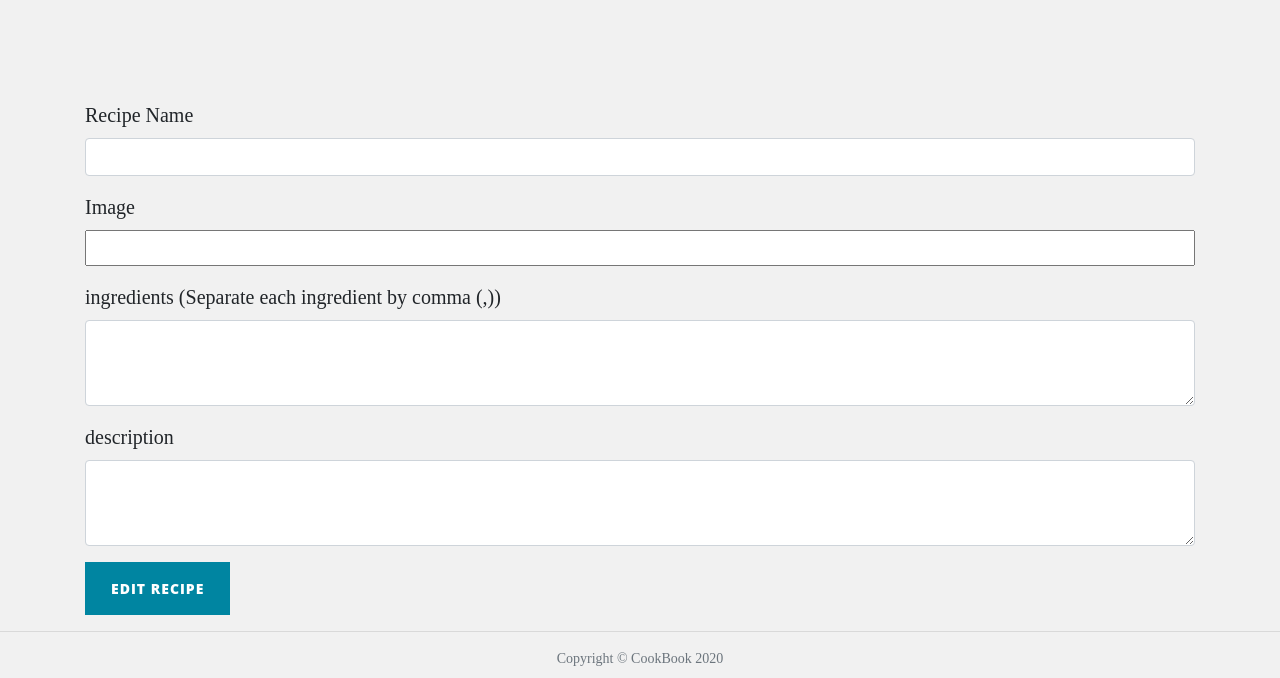
Repository: EricGaona/PracticalPythonDataCentricMilestoneProject
Page: templates/edit_recipe.html
The author's editor kept a record of every edit. The page is drawn from the files as they stood at one moment, then again after the next edit.
The browser window is 1280 px wide. The pictures show the part of the page from y = 628 to 1344 px (the page is 1306 px tall before and 1344 px after).
The page is served by the project's application, run on Flask 3 (app.py). Other server files are loaded and not shown. The template is opened directly, without the code that normally fills it, so the values that code supplies are empty.

Above is the page before.

### templates/edit_recipe.html
{% extends 'base.html' %}
{% block content%}
<h2>{{ page_title }}</h2>
<div class="row featurette">


    <form action="{{ url_for('update_recipe', recipe_id=recipe._id) }}" method="POST" class="col-lg-12 col-md-12 mx-auto">


       <div class="form-check">
         <br>
        {% for cat in categories %}
          {% if cat.category_name == recipe.category_name %}
        <input class="form-check-input" type="radio" name="category_name" id="category" value="{{cat.category_name}}" checked>

        <label class="form-check-label" for="exampleRadios1">
             {{cat.category_name}}
        </label><br>
          {% else %}
             <input class="form-check-input" type="radio" name="category_name" id="category" value="{{cat.category_name}}" >

        <label class="form-check-label" for="exampleRadios1">
             {{cat.category_name}}
          </label><br>
          {% endif %}
        {% endfor %}
     </div>
  <div class="form-group">
    <label for="name">Recipe Name</label>

     {% if errorName %}
      <input type="text" class="form-control" id="name" name="name" required>
      <span class="error_conf">{{ errorName }}</span>

      {% else %}
      <input type="text" class="form-control" id="name" name="name" value="{{recipe.name}}" required>

      {% endif %}
  </div>

  <div class="form-group">
    <label for="image">Image</label>
    <input type="url" class="form-control-file" id="image" name="image" value="{{recipe.image}}" required>
  </div>

  <div class="form-group">
    <label for="ingredient">ingredients (Separate each ingredient by comma (,))</label>
    {% if errorIngredient %}
    <textarea class="form-control" id="ingredient" name="ingredient" rows="3" required></textarea>
    <span class="error_conf">{{ errorIngredient }}</span>
     {% else %}
      <textarea class="form-control" id="ingredient" name="ingredient" rows="3" value="{{recipe.ingredient}}" required>{{recipe.ingredient}}</textarea>

      {% endif %}
  </div>

  <div class="form-group">
    <label for="description">description</label>
     {% if errorDescription %}
    <textarea class="form-control" id="description" name="description" rows="3" required></textarea>
     <span class="error_conf">{{ errorDescription }}</span>

      {% else %}
      <textarea class="form-control" id="description" name="description" rows="3" value="{{recipe.description}}" required>{{recipe.description}}</textarea>
      {% endif %}
  </div>

  <button type="submit" class="btn btn-primary" >Edit Recipe</button>
</form>

</div>
{% endblock %}

### templates/base.html
<!DOCTYPE html>
<html lang="en">
<head>
    <meta charset="UTF-8">
    <meta name="viewport" content="width=device-width, initial-scale=1.0">
    <meta http-equiv="X-UA-Compatible" content="ie=edge">
    <link href="{{ url_for('static', filename='vendor/bootstrap/css/bootstrap.min.css') }}" rel="stylesheet">
    <link rel="stylesheet" href="{{ url_for('static', filename='css/clean-blog.min.css') }}" type="text/css" />
    <!--<link rel="stylesheet" href="https://cdnjs.cloudflare.com/ajax/libs/materialize/0.100.2/css/materialize.min.css">-->
    <link rel="stylesheet" href="{{ url_for('static', filename='css/style.css') }}" type="text/css" />
     <!--EL LINK DE ABAJO ES PARA EL BOTON DE CONFIRMACON-->
   <!-- <link rel="stylesheet" href="https://stackpath.bootstrapcdn.com/bootstrap/4.1.3/css/bootstrap.min.css" integrity="sha384-MCw98/SFnGE8fJT3GXwEOngsV7Zt27NXFoaoApmYm81iuXoPkFOJwJ8ERdknLPMO" crossorigin="anonymous">-->
   <!--TODO ESTO ES PARA EL BOTON DE CONFIRMACION-->
    <title>BookCook_Base</title>
</head>
<body>

     <!-- Navigation -->
    <nav class="navbar navbar-expand-lg navbar-light fixed-top" id="mainNav">
        <div class="container">
            <a class="navbar-brand" href="{{ url_for('index') }}">cookbook</a>
            <button class="navbar-toggler navbar-toggler-right" type="button" data-toggle="collapse" data-target="#navbarResponsive" aria-controls="navbarResponsive" aria-expanded="false" aria-label="Toggle navigation">
          Menu
          <i class="fa fa-bars"></i>
        </button>
            <div class="collapse navbar-collapse" id="navbarResponsive">
                <ul class="navbar-nav ml-auto">
                    <li class="nav-item">
                        <a class="nav-link" href="{{ url_for('index') }}">Home</a>
                    </li>




                    <li class="nav-item">
                        <a class="nav-link" href="{{ url_for('recipes', category='vegan') }}">Vegan</a>
                    </li>

                    <li class="nav-item">
                        <a class="nav-link" href="{{ url_for('recipes', category='vegetarian') }}">Vegetarian</a>
                    </li>

                    <li class="nav-item">
                        <a class="nav-link" href="{{ url_for('sharerecipe') }}">Share Recipe</a>
                    </li>

                    <li class="nav-item">
                        <a class="nav-link" href="{{ url_for('cookingtools') }}">Cooking Tools</a>
                    </li>
                    <li class="nav-item">
                        <a class="nav-link" href="{{ url_for('contact') }}">Contact</a>
                    </li>
                </ul>
            </div>
        </div>
    </nav>

    <!-- Page Header -->
    <header class="masthead" style="background-image: url('https://pre00.deviantart.net/9ae0/th/pre/f/2013/275/8/f/the_hobbit__thorin_and_company_by_art_calavera-d5nay7b.png')">
        <div class="overlay"></div>
        <div class="container">
            <div class="row">
                <!--<div class="col-lg-8 col-md-10 mx-auto">-->
                    <div class="site-heading">
                        <h1>Vegetarians & vegans <br>Recipe</h1>
                        <span class="subheading">Find and share recipes</span>
                    </div>
                </div>
            </div>
        </div>
    </header>

    <!-- Main Content -->
    <div class="container">
        {% block content %} {% endblock %}
    </div>

    <hr>

    <!-- Footer -->
    <footer>
        <div class="container">
            <div class="row">
                <div class="col-lg-8 col-md-10 mx-auto">

                    <p class="copyright text-muted">Copyright &copy; CookBook 2020</p>
                </div>
            </div>
        </div>
    </footer>

    <!-- Bootstrap core JavaScript -->
    <script src="{{ url_for('static', filename='vendor/jquery/jquery.min.js') }}"></script>
    <script src="{{ url_for('static', filename='vendor/bootstrap/js/bootstrap.bundle.min.js') }}"></script>

    <!-- Custom scripts for this template -->
    <script src="{{ url_for('static', filename='js/clean-blog.min.js') }}"></script>

    <!--<link rel="stylesheet" href="https://stackpath.bootstrapcdn.com/bootstrap/4.1.3/css/bootstrap.min.css" integrity="sha384-MCw98/SFnGE8fJT3GXwEOngsV7Zt27NXFoaoApmYm81iuXoPkFOJwJ8ERdknLPMO" crossorigin="anonymous">-->

  <!--EL SCRIPT DE ABAJO ES PARA EL BOTON DE CONFIRMACION-->
    <script type="text/javascript">
         function confirmedDelete(deleteURL){

             let userConfirmeDelete = confirm("Are you sure you want to delete this recipe?");
             if (userConfirmeDelete){
                 window.location = deleteURL;
             }
         }
    </script>
</body>
</html>

### app.py
import os
from flask import Flask, render_template, redirect, request, url_for, flash, json
from flask_pymongo import PyMongo
from bson.objectid import ObjectId

app = Flask(__name__)
app.secret_key = "some_secret"

app.config["MONGO_DBNAME"] = "recipe"
app.config["MONGO_URI"] = "mongodb+srv://root:r00tUser@myfirstclouster-fth3h.mongodb.net/recipe?retryWrites=true&w=majority"

mongo = PyMongo(app)

@app.route("/")
def index():
    """
    THIS FUNCTION RETRIEVE THE RECIPES FROM THE DATABASE TO BE USED IN THE index.html
    """
    return render_template("index.html", recipes=mongo.db.recipes.find(), page_title="Home Page")


@app.route("/recipes/<category>")
def recipes(category):
    """
    THIS FUNCTION SEPARATES VEGANS AND VEGETARIAS
    """
    recipes = mongo.db.recipes.find({"category_name": category})

    return render_template("recipe_category.html",
                  recipes=recipes,
                  page_title=category.capitalize()
                 )

@app.route("/sharerecipe")
def sharerecipe():
    """
    THIS FUNCTION RETRIEVE THE CATEGORIES FROM THE DATABASE TO BE USED IN THE sharerecipe.html
    """
    return render_template("sharerecipe.html",
                           categories=mongo.db.categories.find(),
                           page_title="Share Recipe")


@app.route("/insert_recipe", methods=["POST"])
def insert_recipe():
    """
    THIS FUNCTION SEND THE INFORMATION FROM THE sharerecipe.html TO THE DATABASE
    AND VALIDATED THE NAME, INGREDIENT AND DESCRIPTION
    """
    recipes = mongo.db.recipes
    name = request.form["name"]
    ingredient = request.form["ingredient"]
    description = request.form["description"]
    error_name = ""
    error_ingredient = ""
    error_description = ""
    error_found = False

    if len(name) == 0 or len(name) > 30:
        error_found = True
        error_name = "The name should not be empty or longer than 30 characters long."

    if len(ingredient) == 0 or len(ingredient) > 450:
        error_found = True
        error_ingredient = "The ingredient should not be empty or longer than 450 characters long."

    if len(description) == 0 or len(description) > 350:
        error_found = True
        error_description = "The description should not be empty or longer than 350 characters long."

    if error_found:

        return render_template("sharerecipe.html", errorName=error_name, errorIngredient=error_ingredient, errorDescription=error_description )
    else:
        recipes.insert_one(request.form.to_dict())
        return redirect(url_for("index"))


@app.route("/edit_recipe/<recipe_id>")
def edit_recipe(recipe_id):
    """
    THIS FUNCTION RETRIEVE THE INFORMATION THAT WILL BE EDIT IN THE editrecipe.html
    """
    the_recipe =  mongo.db.recipes.find_one({"_id": ObjectId(recipe_id)})
    all_categories =  mongo.db.categories.find()
    return render_template("editrecipe.html", recipe=the_recipe,
                           categories=all_categories,
                           page_title="Edit Recipe")



@app.route("/update_recipe/<recipe_id>", methods=["POST"])
def update_recipe(recipe_id):
    """
    THIS FUNCTION SEND THE NEW INFORMATION FROM editrecipe.html TO THE DATABASE
    """

    the_recipe =  mongo.db.recipes.find_one({"_id": ObjectId(recipe_id)})
    all_categories =  mongo.db.categories.find()
    recipes = mongo.db.recipes
    name = request.form["name"]
    ingredient = request.form["ingredient"]
    description = request.form["description"]
    error_name = ""
    error_ingredient = ""
    error_description = ""
    error_found = False

    if len(name) == 0 or len(name) > 30:
        error_found = True
        error_name = "The name should not be empty or longer than 30 characters long."

    if len(ingredient) == 0 or len(ingredient) > 450:
        error_found = True
        error_ingredient = "The ingredient should not be empty or longer than 450 characters long."

    if len(description) == 0 or len(description) > 350:
        error_found = True
        error_description = "The description should not be empty or longer than 350 characters long."

    if error_found:

        return render_template("editrecipe.html", recipe=the_recipe, categories=all_categories, errorName=error_name, errorIngredient=error_ingredient, errorDescription=error_description)
    else:
        recipes.update( {"_id": ObjectId(recipe_id)},
        {
            "category_name":request.form.get("category_name"),
            "name":request.form.get("name"),
            "image":request.form.get("image"),
            "ingredient": request.form.get("ingredient"),
            "description": request.form.get("description")
        })

        return redirect(url_for("index"))


@app.route("/delete_recipe/<recipe_id>")
def delete_recipe(recipe_id):
    """
    THIS FUNCTION DELETE THE RECIPE FROM THE DATABASE
    """
    mongo.db.recipes.remove({"_id": ObjectId(recipe_id)})
    return redirect(url_for("index"))



@app.route("/index/<name>")
def recipe_index(name):
    """
    THIS FUNCTION SHOWS THE SELECTED RECIPE IN index.html
    """

    return render_template("recipe.html",
                            recipes=mongo.db.recipes.find({"name": name}),
                            page_title="Recipe")


@app.route('/recipe_category/<name>')
def recipe(name):
    """
    THIS FUNCTION SHOWS THE SELECTED RECIPE IN recipe_category.html
    """

    return render_template("recipe.html",
                            recipes=mongo.db.recipes.find({'name': name}),
                            page_title="Recipe")


@app.route('/cookingtools')
def cookingtools():
    """
    THIS FUNCTION RETRIEVE ALL THE COOKING TOOLS FROM THE cookingtools.json AND SHOWS IN THE cookingtools.html
    """
    data =[]
    with open("data/cookingtools.json", "r") as json_data:
         data = json.load(json_data)
    return render_template("cookingtools.html", page_title="Cooking Tools", cookingtools=data)


@app.route('/recipe/<tool>')
def tool_recipe(tool):
    """
    THIS FUNCTION RECEIVES THE TOOL SELECTED IN recipe.html AND SHOWS IN THE tool.html
    """
    item = {}
    with open("data/cookingtools.json", "r") as json_data:
        data = json.load(json_data)
        for obj in data:
            if obj ["tool"] == tool:
                item = obj

    return render_template("tool.html", item=item)


@app.route('/cookingtools/<tool>')
def tool_cookingtools(tool):
    """
    THIS FUNCTION RECEIVES THE TOOL SELECTED IN cookingtools.html AND SHOWS IN THE tool.html
    """
    item = {}

    with open("data/cookingtools.json", "r") as json_data:
        data = json.load(json_data)
        for obj in data:
            if obj ["tool"] == tool:
                item = obj

    return render_template("tool.html", item=item)



@app.route('/contact', methods=["GET", "POST"])
def contact():
    if request.method == "POST":
        flash ("Thanks {}, we have recived your message!".format(request.form["name"]))
    return render_template("contact.html", page_title="Contact")


if __name__ == '__main__':
    app.run(host=os.environ.get("IP"),
            port=int(os.environ.get("PORT")),
            debug=True)

### static/css/style.css
body{
    background-color: #f1f1f1 ;
}
.btnde{
    margin: 25px 15px;
}
.bdelete{
    background-color: #F28484 ;
    border-color: #F28484 !important;
    cursor: pointer ;
    margin-right: 30px;
}

.bdelete:hover{
    background-color: red !important;
    border-color: red !important;
}
footer{
    height: 30px;
    margin: 0;
    padding: 0;
}
footer p{
    margin: 0;
    padding: 0;
}
.confmes1{
    background-color: #8DF5CE;
    border-radius: 4px;
}

.cont_img{
    width: 250px;
    overflow-x: hidden;
    height: 250px;
    overflow-y: hidden;
}

.center_a{
   text-decoration: none;
}
.center_a:hover{
   text-decoration: none;
}

.mar_ce_a{
    margin-bottom: 20px;
}
.mar_ce_br{
    margin: 20px 0px;
}
h2{
    margin-bottom: 70px;
}
.error_conf{
    color: white;
    background-color: #F28484;
    border: 1px solid red;
    font-size: 14px;
    border-radius: 4px;
    padding: 5px;
}
.ing_ul{
   background: #F28484;
}
.p_color{
    background: blue;
    padding-left: 0px;
}

Loaded but not shown: static/css/clean-blog.min.css (library); static/js/clean-blog.min.js (common file)

After the next edit:
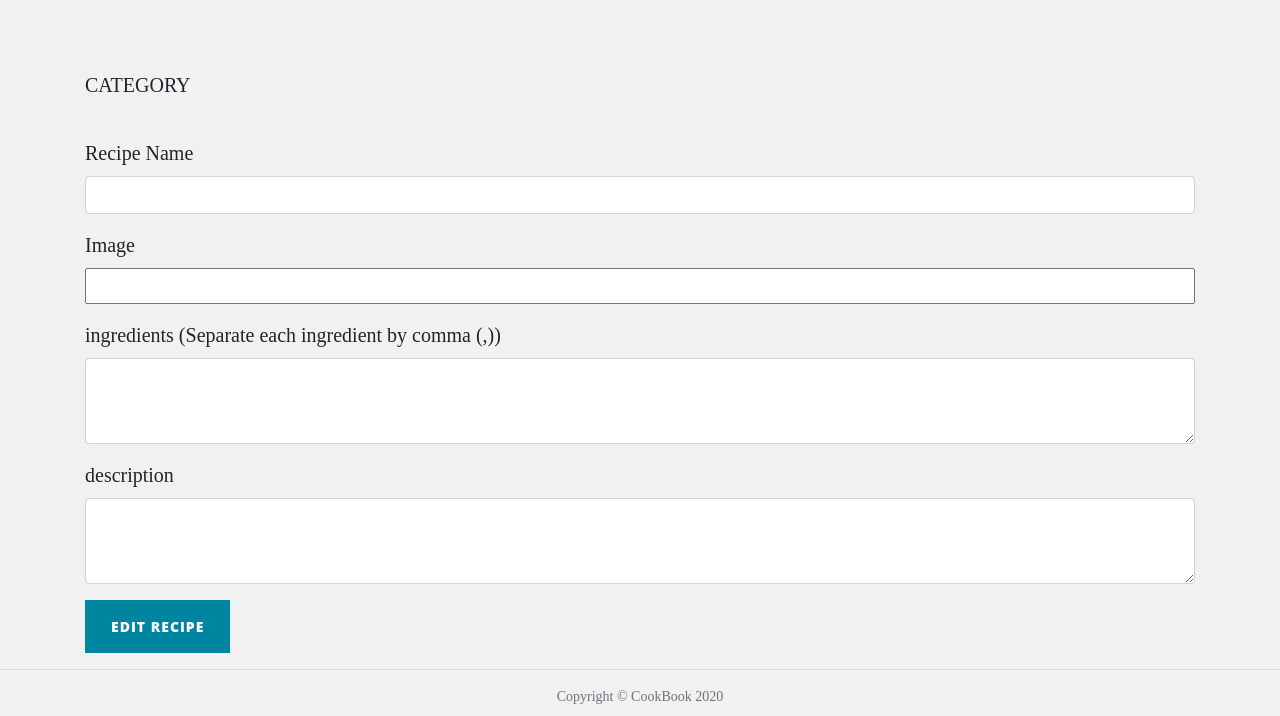
The edit:
--- a/templates/edit_recipe.html
+++ b/templates/edit_recipe.html
@@ -6,7 +6,7 @@
 
     <form action="{{ url_for('update_recipe', recipe_id=recipe._id) }}" method="POST" class="col-lg-12 col-md-12 mx-auto">
 
-
+       <label>CATEGORY</label>
        <div class="form-check">
          <br>
         {% for cat in categories %}
